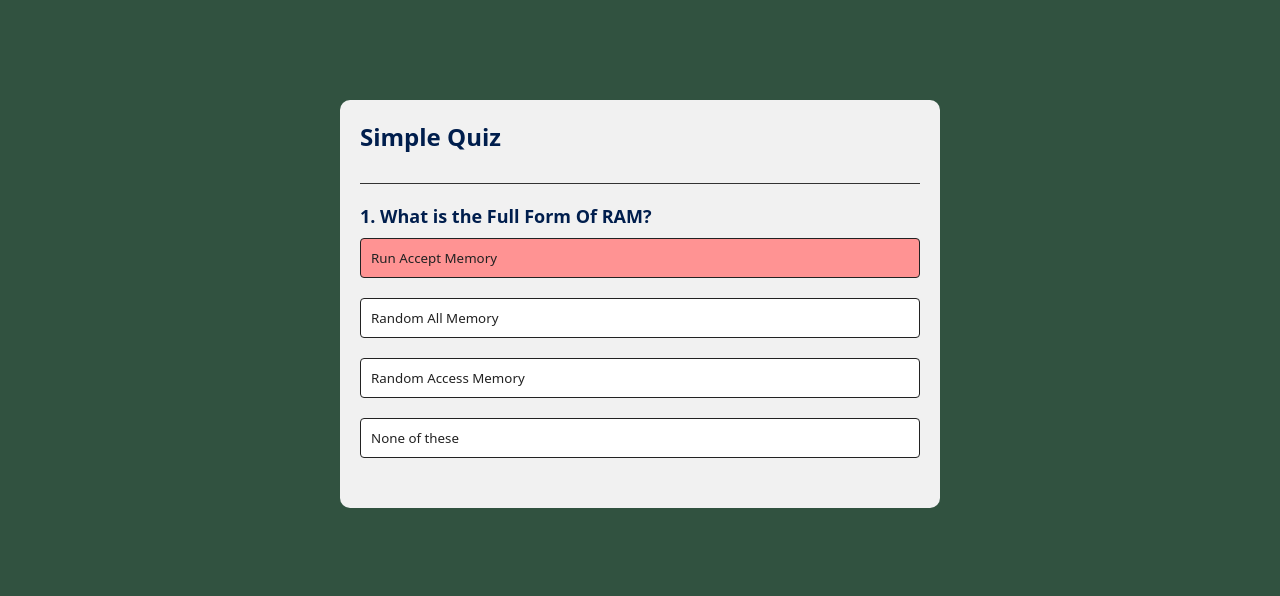
Repository: VickyJacob23/Quiz-App
Page: index.html
The author's editor kept a copy of each file at every save. The page is drawn from the files as they stood at one save, then again after the next save.
The browser window is 1280 px wide. The pictures show the whole page.
After loading, the first visible `button.btn` was clicked once.

Above is the page before, as saved 2024-08-05 17:18:09.

### index.html
<!DOCTYPE html>
<html lang="en">
<head>
    <meta charset="UTF-8">
    <meta name="viewport" content="width=device-width, initial-scale=1.0">
    <title>Quiz App</title>
    <link rel="stylesheet" href="styles.css">
</head>
<body>
    <div class="app">
        <h1>Simple Quiz</h1>
        <div class="quiz">
            <h2 id="question">Questions goes here</h2>
            <div id="answer-buttons">
                <button class="btn">Answer 1</button>
                <button class="btn">Answer 2</button>
                <button class="btn">Answer 3</button>
                <button class="btn">Answer 4</button>
            </div>
            <button id="next-btn">Next</button>
        </div>
    </div>

    <script src="script.js"></script>
</body>
</html>

### styles.css
*{
    margin: 0;
    padding: 0;
    box-sizing: border-box;
    font-family: system-ui, -apple-system, BlinkMacSystemFont, 'Segoe UI', Roboto, Oxygen, Ubuntu, Cantarell, 'Open Sans', 'Helvetica Neue', sans-serif;
}

body{
    background-color: #315240;

}
.app{
    width:90%;
    max-width: 600px;
    background-color:#f1f1f1;
    padding: 20px;
    border-radius: 10px;
    margin: 100px auto 0;
}
.app h1{
    font-size: 24px;
    font-weight: 600;
    color: #001e4d;
    border-bottom: 1px solid #333;
    padding-bottom: 30px;
}
.quiz{
    padding: 20px 0;
}
.quiz h2{
    font-size: 18px;
    font-weight: 600;
    color: #001e4d;
}
.btn{
    background-color:#fff;
    color:#222;
    font-weight: 500;
    width: 100%;
    border: 1px solid #222;
    padding: 10px;
    margin: 10px 0;
    text-align: left;
    cursor: pointer;
    border-radius:4px;
    transition: all 0.3s;
}
.btn:hover{
    background-color:#222;
    color:#fff;
}
#next-btn{
    background-color:#001e4d;
    color:#fff;
    cursor: pointer;
    width: 20%;
    font-weight: 500;
    padding: .55em;
    margin: 1.2em auto 0;
    border-radius:4px;
    border:0;
    display: none;
}
.correct{
    background-color:#9aeabc;
}
.wrong{
    background-color:#ff9393;
}

### script.js
// 'use strict';

//the questions section
let questions = [
    {
        question: "What is the Full Form Of RAM?",
        answers: [
            { options: "Run Accept Memory", correct: false },
            { options: "Random All Memory", correct: false },
            { options: "Random Access Memory", correct: true },
            { options: "None of these", correct: false }
        ]
    },

    {
        question: "What is the Full-Form of CPU?",
        answers: [
            { options: "Central Program Unit", correct: false },
            { options: "Central Processing Unit", correct: true },
            { options: "Central Preload Unit", correct: false },
            { options: "None of these", correct: false }
        ]
    },

    {
        question: "How many bits is a byte?",
        answers: [
            { options: "32", correct: false },
            { options: "16", correct: false },
            { options: "8", correct: true },
            { options: "64", correct: false }
        ]
    },

    {
        question: "What is FMD?",
        answers: [
            { options: "Fluorescent Multi-Layer Disc", correct: true },
            { options: "Flash Media Driver", correct: false },
            { options: "Fast-Ethernet Measuring Device", correct: false },
            { options: "None of these", correct: false }
        ]
    },

    {
        question: "Main circuit board in a computer is:",
        answers: [
            { options: "Hard-disk", correct: false },
            { options: "Mother board", correct: true },
            { options: "Microprocessor", correct: false },
            { options: "None of these", correct: false }
        ]
    },

    {
    question: "What is the name of Front-end Instructor at KodeCamp Cohort 4.0?:",
        answers: [
            { options: "", correct: false },
            { options: "", correct: false },
            { options: "", correct: false },
            { options: "", correct:true }
        ]
    }
];

//invoking the id from the html element
const questionEl = document.getElementById("question");
const answerButtonsEl = document.getElementById("answer-buttons");
const nextButtonEl = document.getElementById("next-btn");


//setting the score and the question to zero by default
let currentQuestionIndex = 0;
let score = 0;


//create a function that will be called startQuiz
function startQuiz() {
    currentQuestionIndex = 0;
    score = 0;
    nextButtonEl.innerHTML = "Next";
    showQuestion();

}

//function that will be called to displays the questions
function showQuestion() {
    resetState();
    let currentQuestion = questions[currentQuestionIndex];
    let questionNo = currentQuestionIndex + 1;
    questionEl.innerHTML = questionNo + ". " + currentQuestion.question;


    currentQuestion.answers.forEach(answer => {
        const button = document.createElement("button");
        button.innerHTML = answer.options;
        button.classList.add("btn");
        answerButtonsEl.appendChild(button);

        if (answer.correct) {
            button.dataset.correct = answer.correct;
        }
        button.addEventListener("click", selectAnswer);
        ;
        });
    };

// startQuiz();

//function to hid the previous state
function resetState() {
    nextButtonEl.style.display = "none";
    while (answerButtonsEl.firstChild) {
        answerButtonsEl.removeChild(answerButtonsEl.firstChild);
    };
}

function selectAnswer(e) {
    const selectedBtn = e.target;
    const isCorrect = selectedBtn.dataset.correct === "true";
    if (isCorrect) {
        selectedBtn.classList.add("correct");
    }
    else {
        selectedBtn.classList.add("wrong");
    }

}


startQuiz();

After the next save:
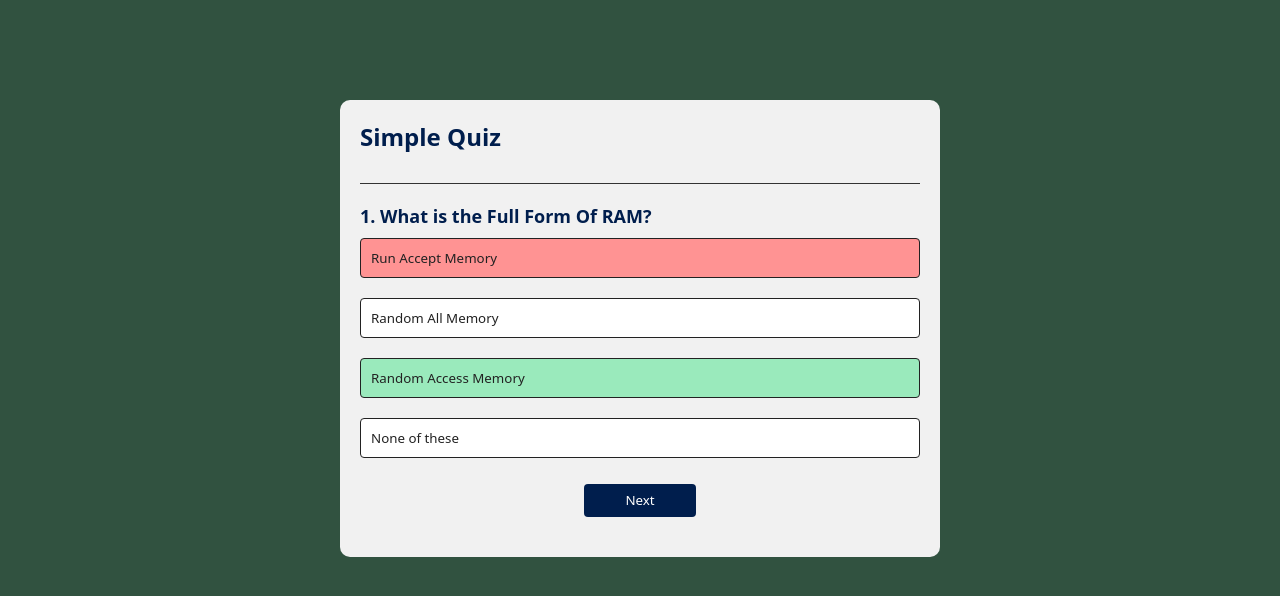
Saved 3 min 37 s later.
--- a/script.js
+++ b/script.js
@@ -125,6 +125,13 @@ function selectAnswer(e) {
         selectedBtn.classList.add("wrong");
     }
 
+    Array.from(answerButtonsEl.children).forEach(button => {
+        if (button.dataset.correct === "true") {
+            button.classList.add("correct");
+        }
+        button.disabled = true;
+    });
+    nextButtonEl.style.display = "block";
 }
 
 
